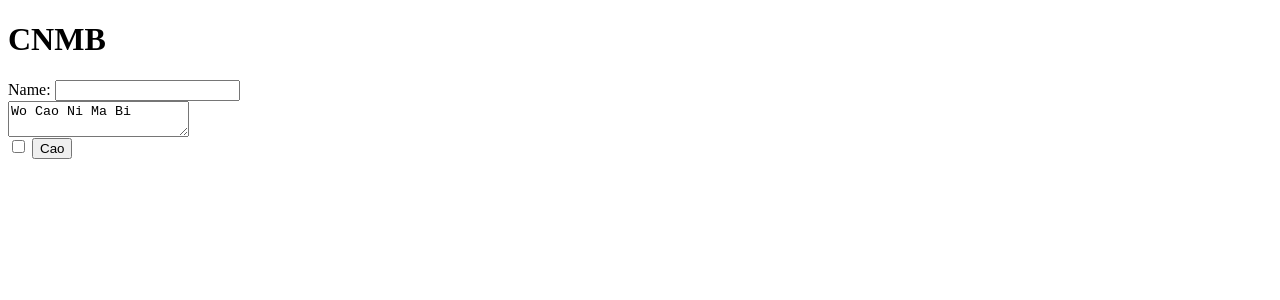
Repository: FWBMKII/csc207
Page: cnmb/cnmb.html
An editor plug-in stored every save of this project. The page is shown before and after the next save, followed by the edit.
The browser window is 1280 px wide. The pictures show the whole page.

Above is the page before, as saved 2015-04-27 19:33:44.

### cnmb/cnmb.html
<!DOCTYPE html PUBLIC "-//W3C//DTD HTML 4.01 Transitional//EN" "http://www.w3.org/TR/html4/loose.dtd">
<html>
<head>
<meta http-equiv="Content-Type" content="text/html; charset=UTF-8">
<title>（╯‵□′）╯︵┴─┴</title>
</head>
<body>
	<form action="cnmb.php" method="get">
		<h1>CNMB</h1>
		Name: <input type="text" name="name"/><br/>
		<textarea name="wcnmb">Wo Cao Ni Ma Bi</textarea>
		<br/>
		<input type="checkbox" name="over18"/>

		<input type="submit" value="Cao"/>
	</form>
</body>
</html>

After the next save:
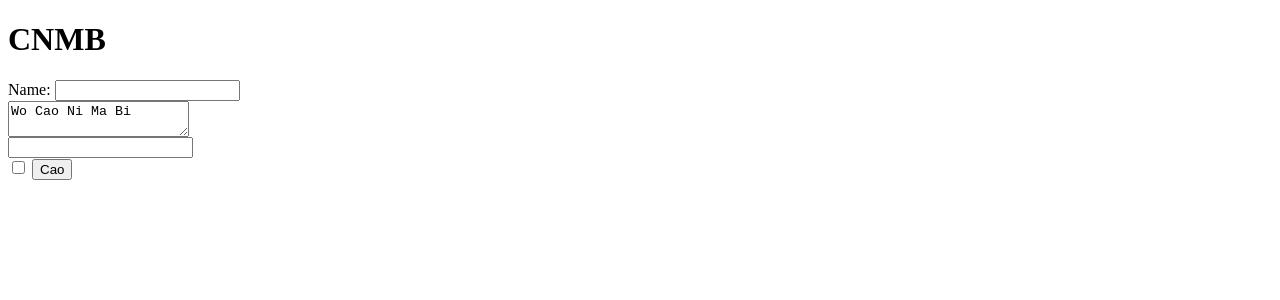
Saved 35 s later.
--- a/cnmb/cnmb.html
+++ b/cnmb/cnmb.html
@@ -10,6 +10,8 @@
 		Name: <input type="text" name="name"/><br/>
 		<textarea name="wcnmb">Wo Cao Ni Ma Bi</textarea>
 		<br/>
+		<input type="">
+		<br/>
 		<input type="checkbox" name="over18"/>
 
 		<input type="submit" value="Cao"/>
